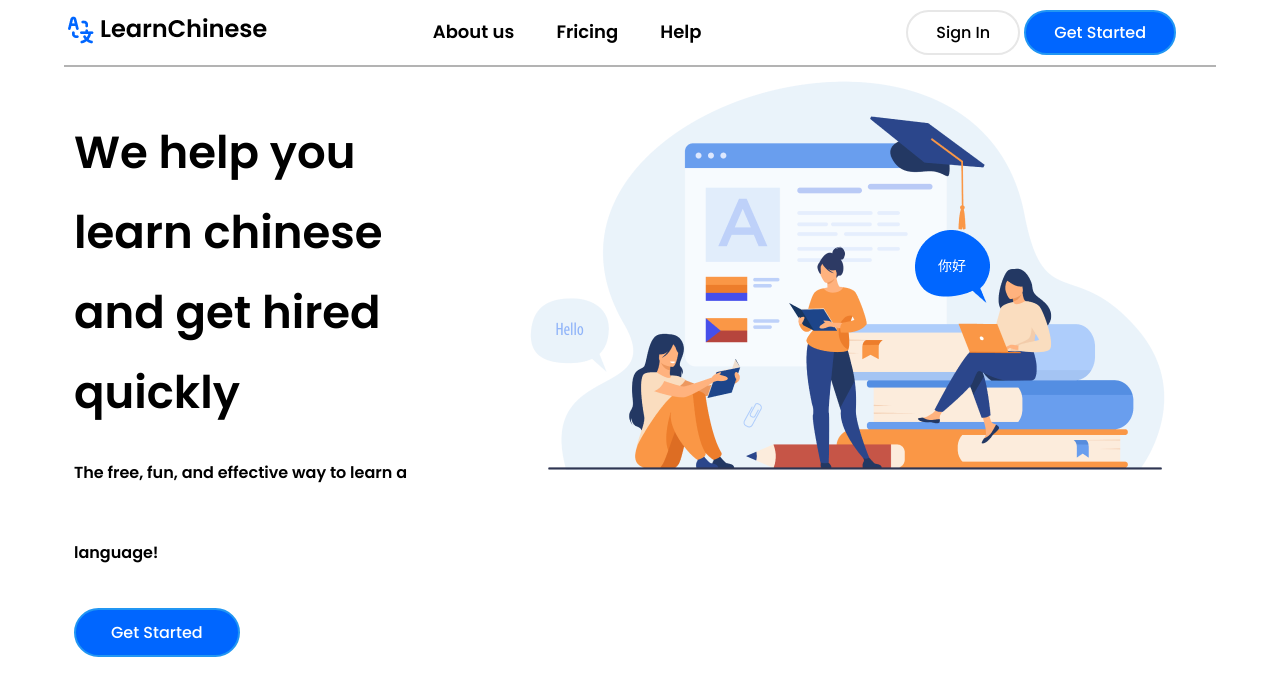
Repository: BinhIT/ChineseLearn
Page: index.html
The author's editor kept a copy of each file at every save. The page is drawn from the files as they stood at one save, then again after the next save.
The browser window is 1280 px wide. The pictures show the whole page.

Above is the page before, as saved 2023-03-01 15:43:14.

### index.html
<!DOCTYPE html>
<html lang="en">

<head>
    <meta charset="UTF-8">
    <meta http-equiv="X-UA-Compatible" content="IE=edge">
    <meta name="viewport" content="width=device-width, initial-scale=1.0">
    <link rel="icon" type="image/x-icon" href="./image/uil_english-to-chinese.svg">
    <meta name="viewport" content="width=device-width, initial-scale=1">
    <link rel="stylesheet" href="https://cdnjs.cloudflare.com/ajax/libs/font-awesome/4.7.0/css/font-awesome.min.css">
    <meta name="viewport" content="width=device-width, initial-scale=1">
    <link rel="stylesheet" href="https://cdnjs.cloudflare.com/ajax/libs/font-awesome/4.7.0/css/font-awesome.min.css">
    <link rel="stylesheet" href="./css/header.css">
    <link rel="stylesheet" href="./css/section.css">
    <title>Learn Chinese </title>
</head>

<body>
    <nav id="menu_header">
        <a href="javascript:void(0);" class="icon_nav" onclick="myFunction()">
            <i class="fa fa-bars"></i>
        </a>
        <label class="logo_main"><img src="./image/logo.png" alt=""></label>
        <label class="logo_mobile"><img src="./image/logo_short.png" alt=""></label>
        <ul id="menu_link">
            <li><a href="#">About us</a></li>
            <li><a href="#">Fricing</a></li>
            <li><a href="#">Help</a></li>
        </ul>
        <ul id="menu_btn">
            <button class="btn default">Sign In</button>
            <button class="btn info">Get Started</button>
        </ul>

    </nav>
    <section class="hero-section">
        <div class="row flex-container ">
            <div class="column hero-col1">
                <h1>We help you learn chinese and get hired quickly</h1>
                <h4>The free, fun, and effective way to learn a language!</h4>
                <button class="btn btn_hero">Get Started</button>
            </div>
            <div class="column hero-col2">
                <img src="./image/img-hero.png" alt="">
            </div>
        </div>

    </section>
</body>
<script src="./js/header.js"></script>

</html>

### css/header.css
@import url('https://fonts.googleapis.com/css2?family=Poppins:wght@500;600&display=swap');



* {
    padding: 0;
    margin: 0;
    text-decoration: none;
    list-style: none;
    font-family: 'Poppins', sans-serif;

}

#menu_header {
    display: flex;
    flex-wrap: nowrap;
    justify-content: space-between;
    align-items: center;
}

nav {
    height: 65px;
    width: 90%;
    margin: 0 auto;
    background: #ffffff;
    border-bottom: 2px solid #B3B3B3;
}

label.logo {
    font-size: 35px;
    font-weight: bold;
    color: #fff;
    padding: 0 100px;
    line-height: 80px;
}

nav ul {
    float: right;
    margin-right: 40px;
}

nav li {
    display: inline-block;
    margin: 0 8px;
    line-height: 80px;
}

nav a {
    color: #000000;
    font-size: 18px;
    font-weight: 700;
    border: 1px solid transparent;
    padding: 7px 10px;
    border-radius: 3px;
}

a.active,
a:hover {
    border: 1px solid #000000;
    transition: .5s;
}



.btn {
    border: 2px solid black;
    border-radius: 25px;
    background-color: white;
    color: black;
    font-size: 16px;
    cursor: pointer;

}

/* Blue */
.info {
    background-color: #0066FF;
    border-color: #2196F3;
    color: rgb(255, 255, 255);
    padding: 8px 28px;
}

.info:hover {
    background: #0066FF;
    color: white;
}

/* Gray */
.default {
    border-color: #e7e7e7;
    color: black;
    padding: 8px 28px;
}

.default:hover {
    background: #e7e7e7;
}

/* logo */
.logo_mobile {
    display: none;
}

#menu_header .icon_nav {
    display: none;

}



@media only screen and (max-width:765px) {
    .logo_mobile {
        display: block;
    }

    .logo_main {
        display: none;
    }

    nav {
        width: 95%;
    }

    #menu_header .icon_nav {
        display: block;
        width: 30%;
    }

    #menu_btn {
        display: contents;
        float: right;
    }

    #menu_btn .default {
        display: none;
    }

    #menu_header #menu_link {
        display: none;
    }

    .btn_header {
        font-size: 5px;
        padding: 8px 25px;
    }


}

@media only screen and (max-width: 1024px) {
    nav #icon {
        display: block;
    }

    .logo_mobile {
        display: block;
        width: 15%;
    }

    .logo_main {
        display: none;
    }

    nav a {
        font-size: 18px;
    }

    a.active,
    a:hover {
        border: none;
        color: #3498db;
    }

    nav ul.show {
        left: 0;
    }

    .btn_header {

        font-size: 8px;
    }
}

### css/section.css
/* section hero */
.row {
    width: 90%;
    margin: auto;
    padding: auto;
}

.column {
    flex: 50%;
    padding: 10px;
    height: 300px;
}

.hero-row {
    display: flex;
}

.hero-col1 {
    padding-top: 4%;
    line-height: 5em;
}

.hero-col1 h1 {
    font-size: 45px;

}

.flex-container {
    display: flex;
}

.btn_hero {
    background-color: #0066FF;
    border-color: #2196F3;
    color: rgb(255, 255, 255);
    padding: 10px 35px;
}

/* reponsive section */
/* tablet */
@media screen and (max-width: 1024px) {
    .flex-container {
        flex-wrap: wrap;
    }

    .hero-col2 img {
        width: 90%;
        padding: 12% 10%;
    }
}

/* Mobile */
@media only screen and (min-width: 595px) and (max-width:765px) {
    .hero-col1 {
        line-height: 4em;
    }

    .hero-col1 h1 {
        font-size: 50px;

    }

    .hero-col1 h4 {
        font-size: 30px;

    }

    .hero-col2 img {
        padding: 12% 10%;
    }

}

@media only screen and (min-width: 360px) and (max-width:594px) {
    .hero-col2 img {
        padding: 25% 10%;
    }

    .hero-col1 h1 {
        font-size: 40px;
    }

    .hero-col1 h4 {
        font-size: 19px;

    }
}

Loaded but not shown: js/header.js (common file)

After the next save:
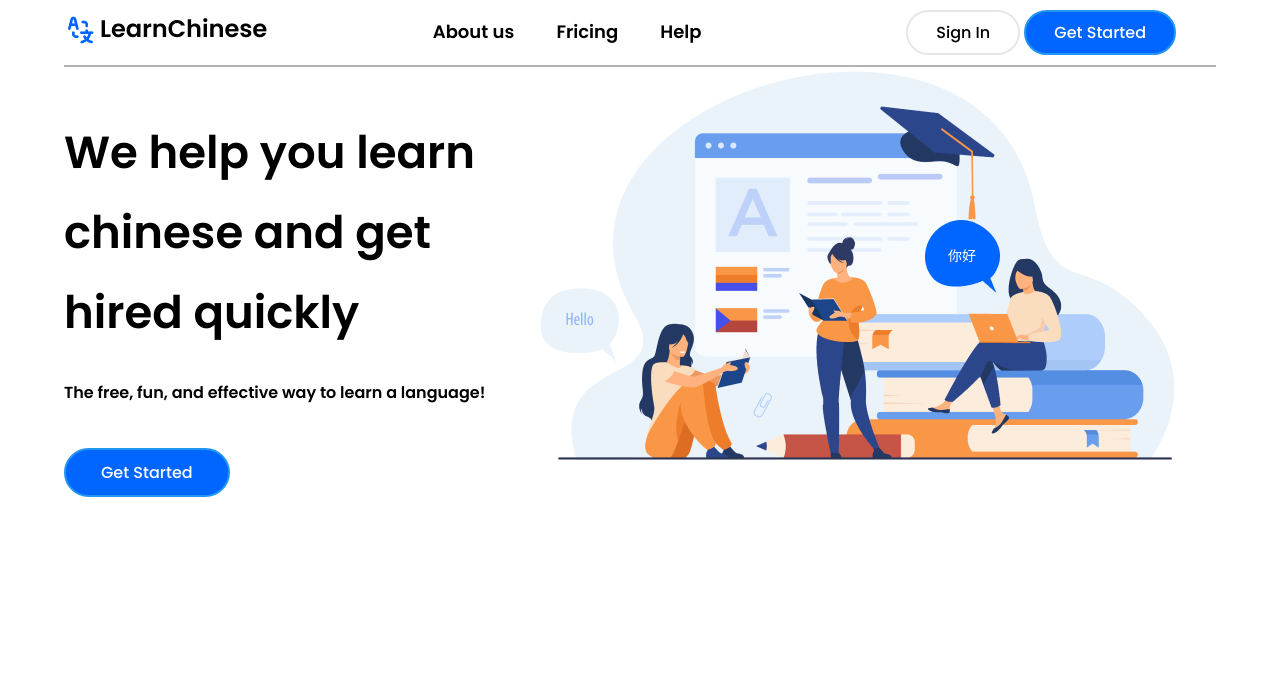
Saved 92 s later.
--- a/css/section.css
+++ b/css/section.css
@@ -7,7 +7,7 @@
 
 .column {
     flex: 50%;
-    padding: 10px;
+    /* padding: 10px; */
     height: 300px;
 }
 
